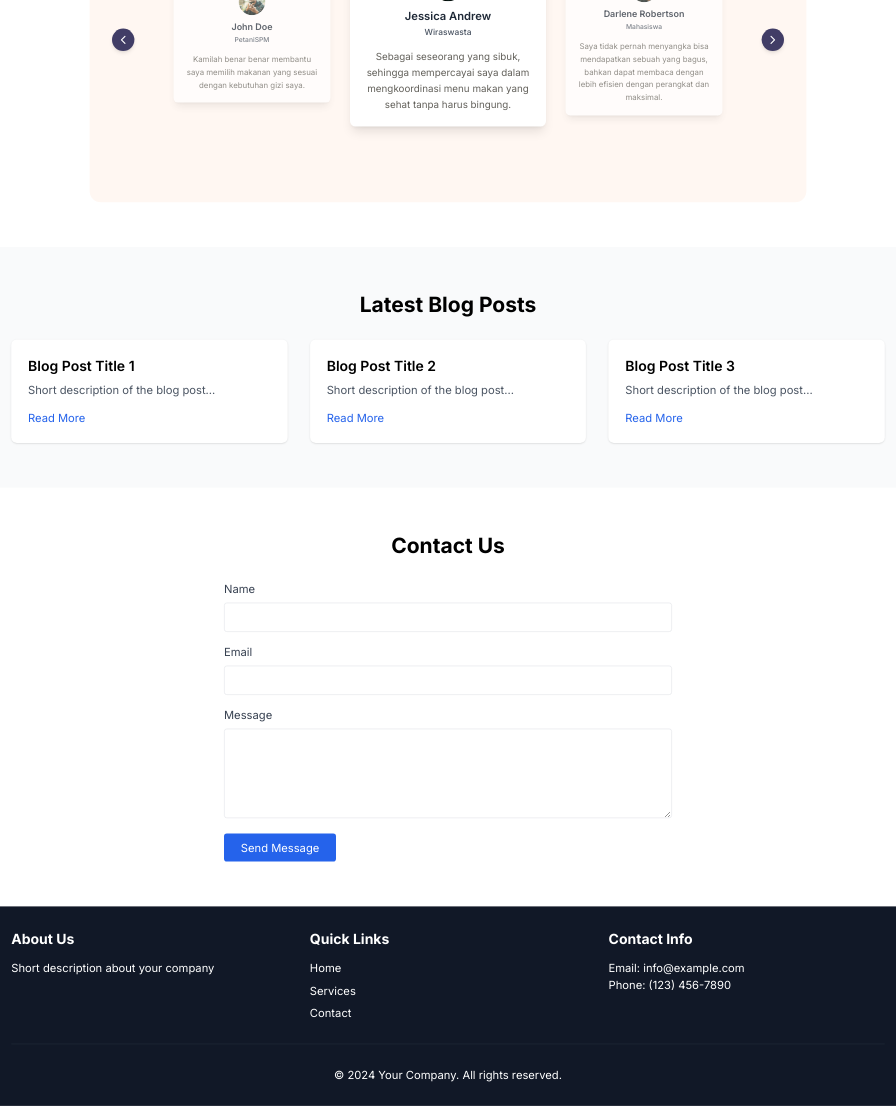
Repository: kalorizeofficial/new-main-web-kalorize
Page: /
The author's editor kept a copy of each file at every save. The page is drawn from the files as they stood at one save, then again after the next save.
The browser window is 1280 px wide. The pictures show the part of the page from y = 827 to 2747 px (the page is 2407 px tall before and 2747 px after), at 70% of full size.
Pictures or frames that could not be fetched are drawn as grey boxes. The project was rebuilt for these pictures with package versions that can differ from the ones it lists, and the page was loaded fresh each time.

Above is the page before, as saved 2025-02-23 15:19:48.

After the next save:
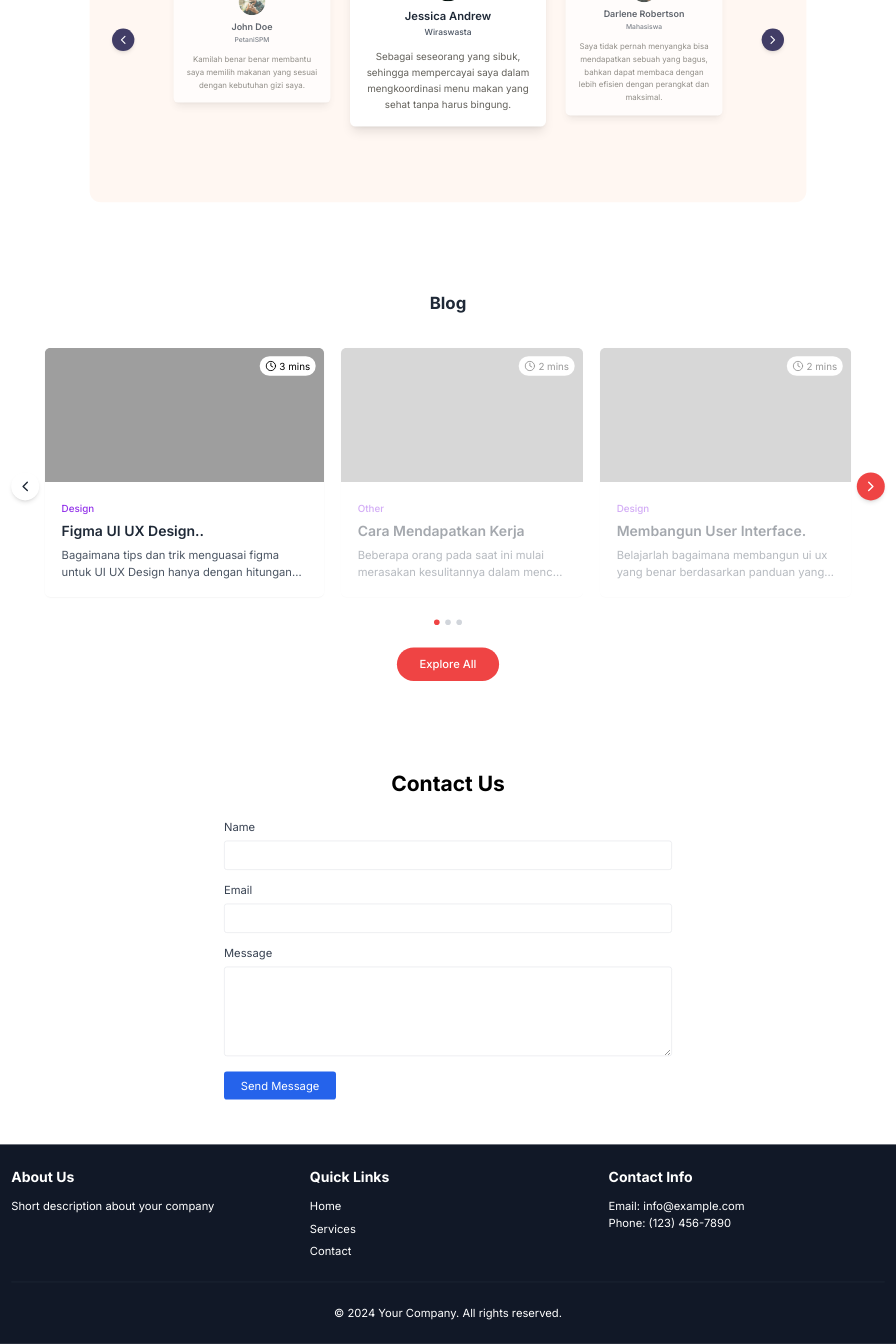
Saved 100 s later.
--- a/src/pages/blog.jsx
+++ b/src/pages/blog.jsx
@@ -1,36 +1,129 @@
-function Blog() {
+import React, { useState } from "react";
+import { Clock, ChevronLeft, ChevronRight } from "lucide-react";
+
+const Blog = () => {
+  const [currentSlide, setCurrentSlide] = useState(0);
+
+  const blogPosts = [
+    {
+      image: "/api/placeholder/400/250",
+      category: "Design",
+      title: "Figma UI UX Design..",
+      description:
+        "Bagaimana tips dan trik menguasai figma untuk UI UX Design hanya dengan hitungan jam saja",
+      readTime: "3 mins",
+    },
+    {
+      image: "/api/placeholder/400/250",
+      category: "Other",
+      title: "Cara Mendapatkan Kerja",
+      description:
+        "Beberapa orang pada saat ini mulai merasakan kesulitannya dalam mencari kerja",
+      readTime: "2 mins",
+    },
+    {
+      image: "/api/placeholder/400/250",
+      category: "Design",
+      title: "Membangun User Interface.",
+      description:
+        "Belajarlah bagaimana membangun ui ux yang benar berdasarkan panduan yang ada",
+      readTime: "2 mins",
+    },
+  ];
+
+  const nextSlide = () => {
+    setCurrentSlide((prev) => (prev + 1) % blogPosts.length);
+  };
+
+  const prevSlide = () => {
+    setCurrentSlide((prev) => (prev - 1 + blogPosts.length) % blogPosts.length);
+  };
+
+  const goToSlide = (index) => {
+    setCurrentSlide(index);
+  };
+
   return (
-    <section className="bg-gray-50 py-16">
-      <div className="container mx-auto px-4">
-        <h2 className="text-3xl font-bold text-center mb-8">
-          Latest Blog Posts
+    <section className="py-16 px-4">
+      <div className="max-w-6xl mx-auto">
+        <h2 className="text-2xl font-bold text-center text-gray-800 mb-12">
+          Blog
         </h2>
-        <div className="grid grid-cols-1 md:grid-cols-2 lg:grid-cols-3 gap-8">
-          <div className="bg-white p-6 rounded-lg shadow">
-            <h3 className="text-xl font-semibold">Blog Post Title 1</h3>
-            <p className="mt-2 text-gray-600">
-              Short description of the blog post...
-            </p>
-            <button className="mt-4 text-blue-600">Read More</button>
+
+        <div className="relative">
+          <div className="flex gap-6 mb-8">
+            {blogPosts.map((post, index) => (
+              <div
+                key={index}
+                className={`bg-white rounded-lg overflow-hidden shadow-sm transition-opacity duration-300 ${
+                  index === currentSlide ? "opacity-100" : "opacity-40"
+                }`}
+              >
+                <div className="relative">
+                  <img
+                    src={post.image}
+                    alt={post.title}
+                    className="w-full h-48 object-cover"
+                  />
+                  <div className="absolute top-3 right-3 bg-white rounded-full px-2 py-1 flex items-center gap-1">
+                    <Clock className="w-4 h-4" />
+                    <span className="text-sm">{post.readTime}</span>
+                  </div>
+                </div>
+
+                <div className="p-6">
+                  <span className="text-purple-600 text-sm font-medium">
+                    {post.category}
+                  </span>
+                  <h3 className="mt-2 text-xl font-semibold text-gray-800">
+                    {post.title}
+                  </h3>
+                  <p className="mt-2 text-gray-600 line-clamp-2">
+                    {post.description}
+                  </p>
+                </div>
+              </div>
+            ))}
           </div>
-          <div className="bg-white p-6 rounded-lg shadow">
-            <h3 className="text-xl font-semibold">Blog Post Title 2</h3>
-            <p className="mt-2 text-gray-600">
-              Short description of the blog post...
-            </p>
-            <button className="mt-4 text-blue-600">Read More</button>
+
+          {/* Navigation Dots */}
+          <div className="flex justify-center gap-2 mb-8">
+            {blogPosts.map((_, index) => (
+              <button
+                key={index}
+                onClick={() => goToSlide(index)}
+                className={`w-2 h-2 rounded-full transition-colors ${
+                  index === currentSlide ? "bg-red-500" : "bg-gray-300"
+                }`}
+              />
+            ))}
           </div>
-          <div className="bg-white p-6 rounded-lg shadow">
-            <h3 className="text-xl font-semibold">Blog Post Title 3</h3>
-            <p className="mt-2 text-gray-600">
-              Short description of the blog post...
-            </p>
-            <button className="mt-4 text-blue-600">Read More</button>
-          </div>
+
+          {/* Navigation Arrows */}
+          <button
+            onClick={prevSlide}
+            className="absolute left-0 top-1/2 -translate-y-1/2 -translate-x-12 bg-white rounded-full p-2 shadow-md hover:bg-gray-50 text-gray-800"
+          >
+            <ChevronLeft className="w-6 h-6" />
+          </button>
+
+          <button
+            onClick={nextSlide}
+            className="absolute right-0 top-1/2 -translate-y-1/2 translate-x-12 bg-red-500 rounded-full p-2 shadow-md hover:bg-red-600 text-white"
+          >
+            <ChevronRight className="w-6 h-6" />
+          </button>
+        </div>
+
+        {/* Explore All Button */}
+        <div className="text-center mt-8">
+          <button className="bg-red-500 text-white px-8 py-3 rounded-full font-medium hover:bg-red-600 transition-colors">
+            Explore All
+          </button>
         </div>
       </div>
     </section>
   );
-}
+};
 
 export default Blog;
